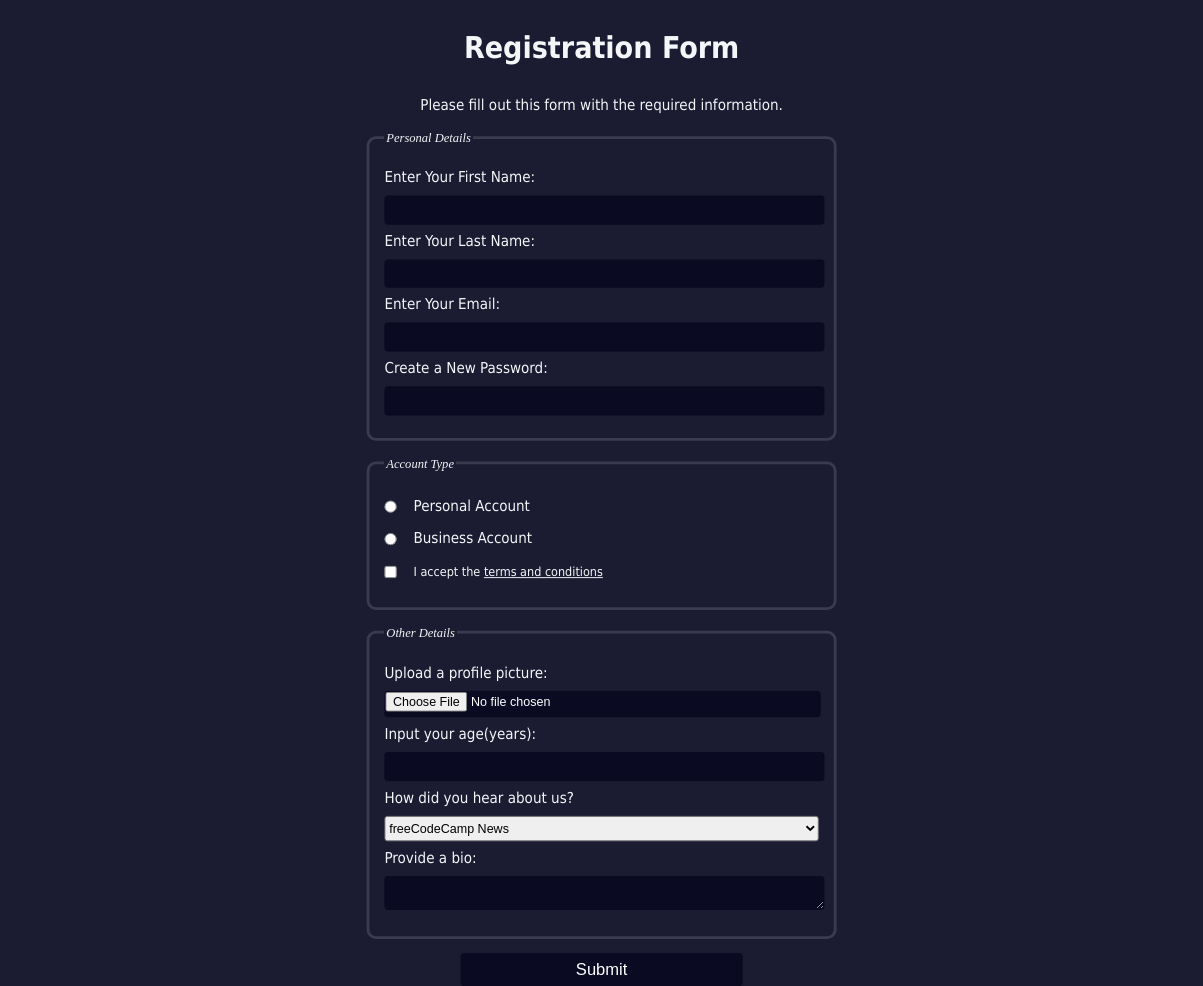
Repository: Lungdjos/registration_form
Page: index.html
An editor plug-in stored every save of this project. The page is shown before and after the next save, followed by the edit.
The browser window is 1280 px wide. The pictures show the whole page, at 94% of full size.

Above is the page before, as saved 2023-09-29 11:13:07.

After the next save:
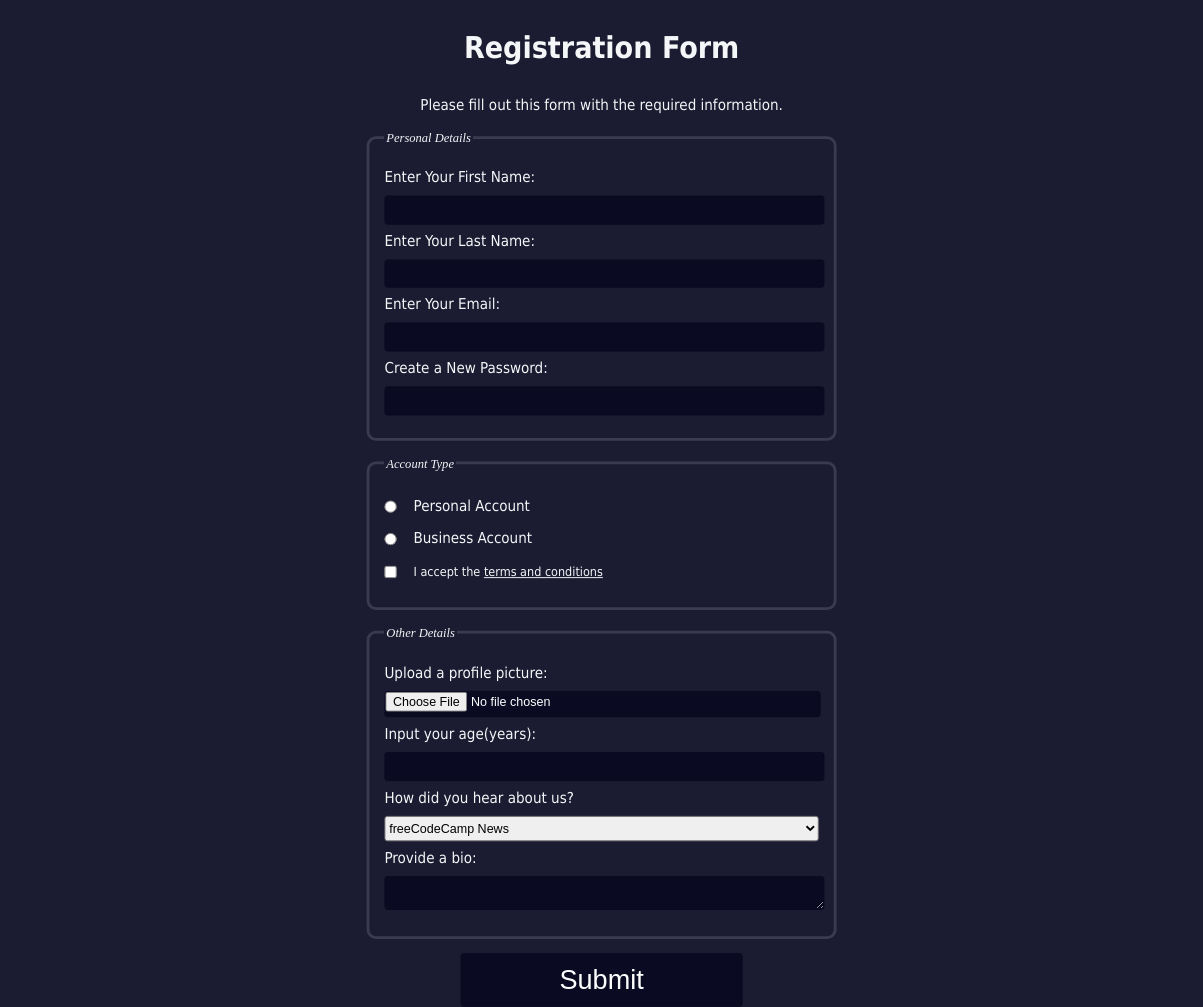
Saved 14 s later.
--- a/indexStyles.css
+++ b/indexStyles.css
@@ -89,5 +89,5 @@ input[name="submit"] {
     width: 60%;
     margin: 0 auto 25px auto;
     height: 2em;
-    font-size: 1.1rem;
+    font-size: 1.8rem;
 }
